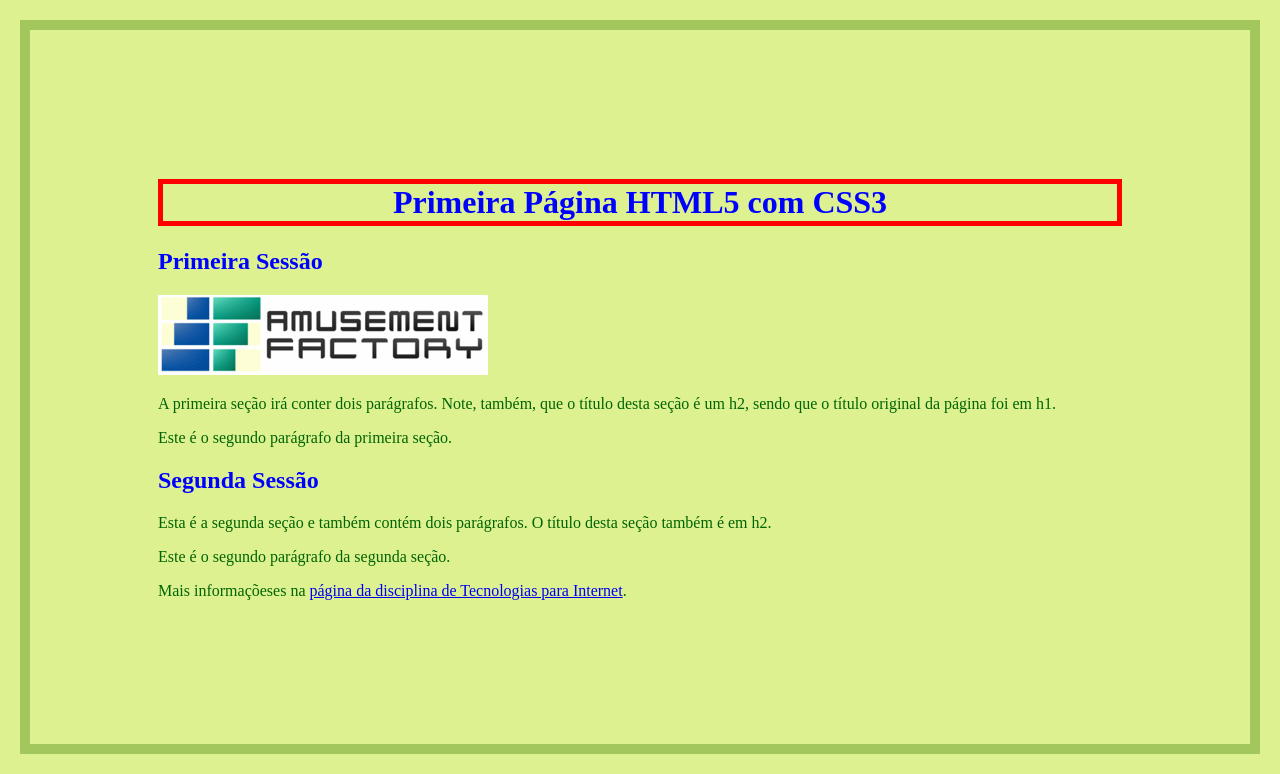
Repository: joao-laercio/DevWeb_BackEnd
Page: Aula_data_08/index2.html
An editor plug-in stored every save of this project. The page is shown before and after the next save, followed by the edit.
The browser window is 1280 px wide. The pictures show the whole page.

Above is the page before, as saved 2022-07-08 16:34:34.

After the next save:
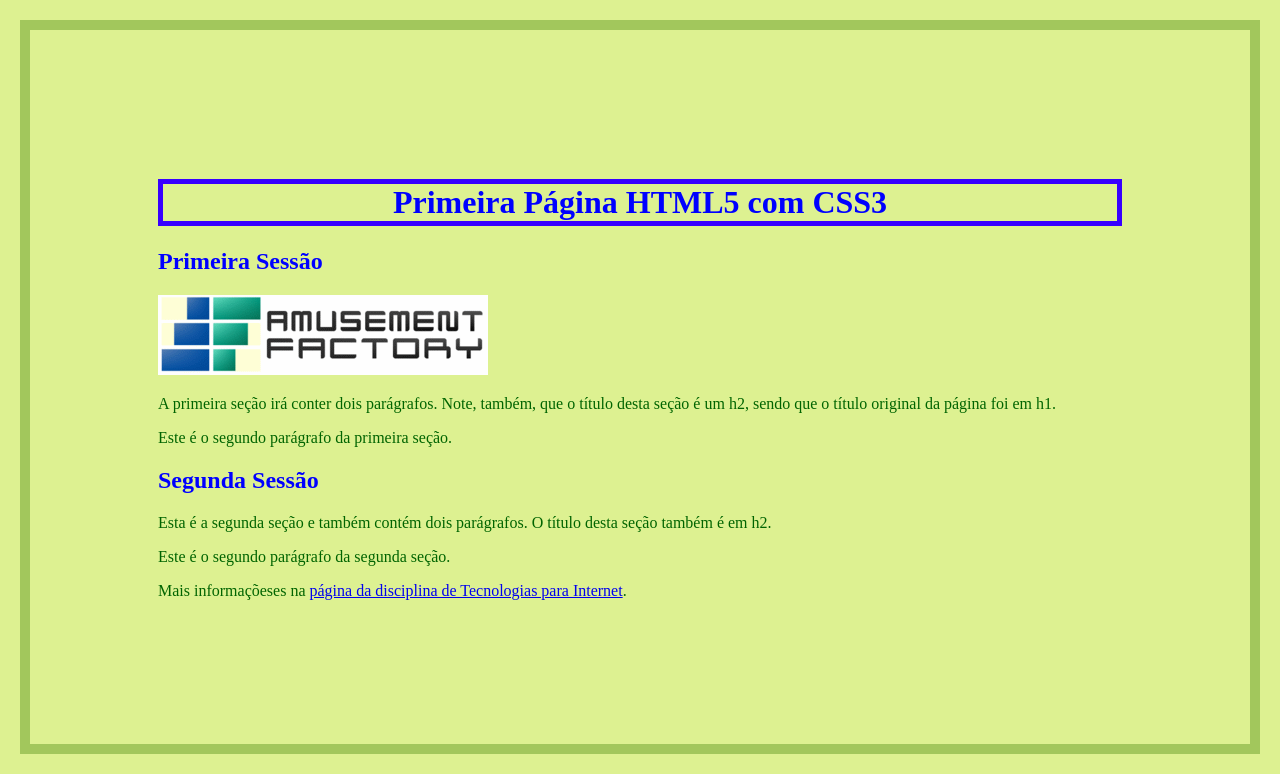
Saved 33 s later.
--- a/Aula_data_08/estilo.css
+++ b/Aula_data_08/estilo.css
@@ -17,4 +17,4 @@
  }
  h1 {
     border-color: blue;
-    border: 5px solid red;
+    border: 5px solid rgb(55, 0, 255);
